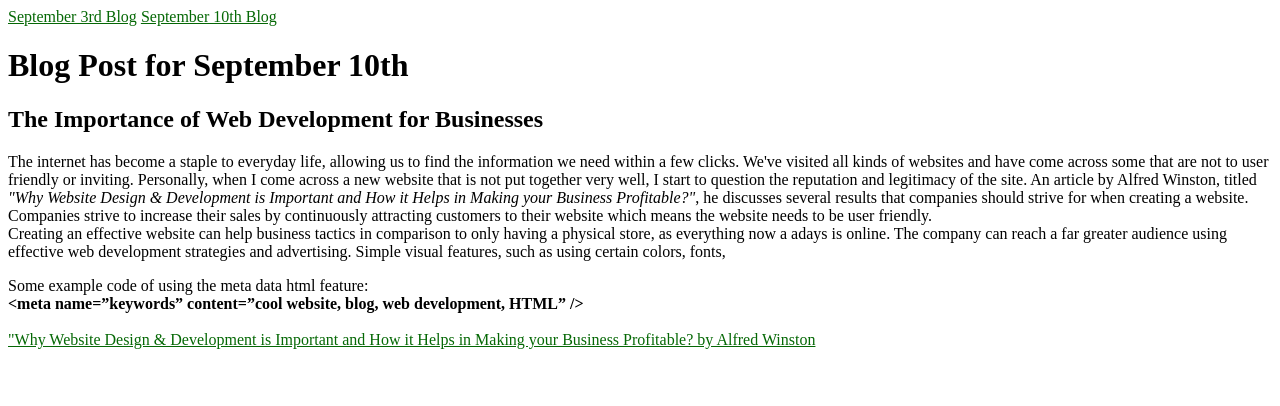
Repository: alharama/WebBlog
Page: second_blog.html
The author's editor kept a copy of each file at every save. The page is drawn from the files as they stood at one save, then again after the next save.
The browser window is 1280 px wide. The pictures show the whole page.

Above is the page before, as saved 2021-09-09 17:31:31.

After the next save:
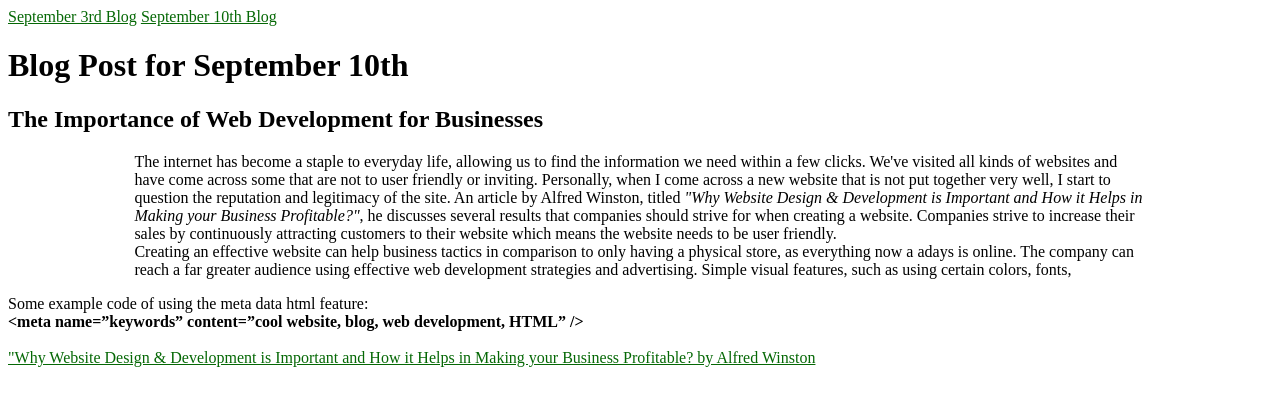
Saved 86 s later.
--- a/second_blog.html
+++ b/second_blog.html
@@ -26,7 +26,7 @@
 
     <h1>Blog Post for September 10th</h1>
     <h2>The Importance of Web Development for Businesses</h2>
-    <p>
+    <p style="margin-left:10%; margin-right:10%;">
             The internet has become a staple to everyday life, allowing us to find the information we need within a few clicks. We've visited
         all kinds of websites and have come across some that are not to user friendly or inviting. Personally, when I come across a new website
         that is not put together very well, I start to question the reputation and legitimacy of the site. An article by Alfred Winston, titled

After the save that followed:
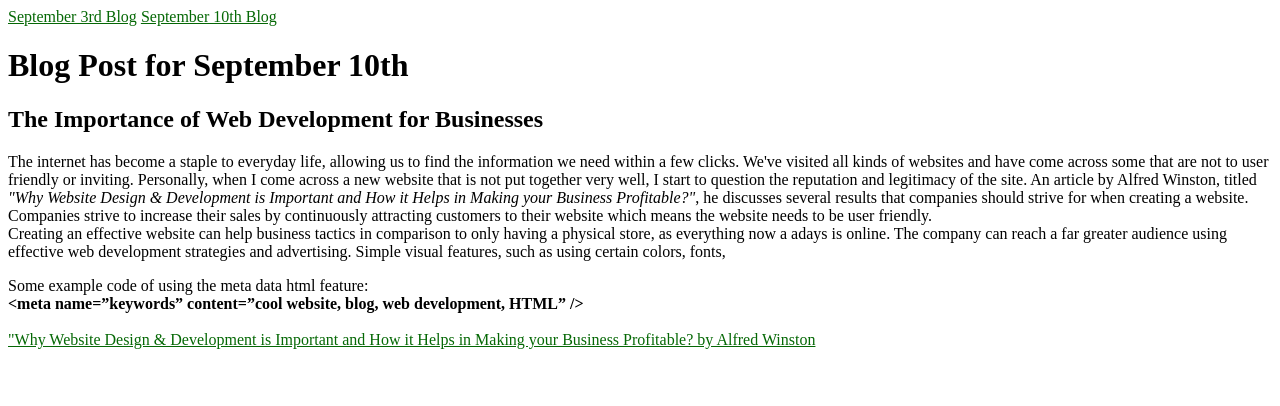
Saved 54 s later.
--- a/second_blog.html
+++ b/second_blog.html
@@ -26,7 +26,7 @@
 
     <h1>Blog Post for September 10th</h1>
     <h2>The Importance of Web Development for Businesses</h2>
-    <p style="margin-left:10%; margin-right:10%;">
+    <p text-indent: 70px:>
             The internet has become a staple to everyday life, allowing us to find the information we need within a few clicks. We've visited
         all kinds of websites and have come across some that are not to user friendly or inviting. Personally, when I come across a new website
         that is not put together very well, I start to question the reputation and legitimacy of the site. An article by Alfred Winston, titled
